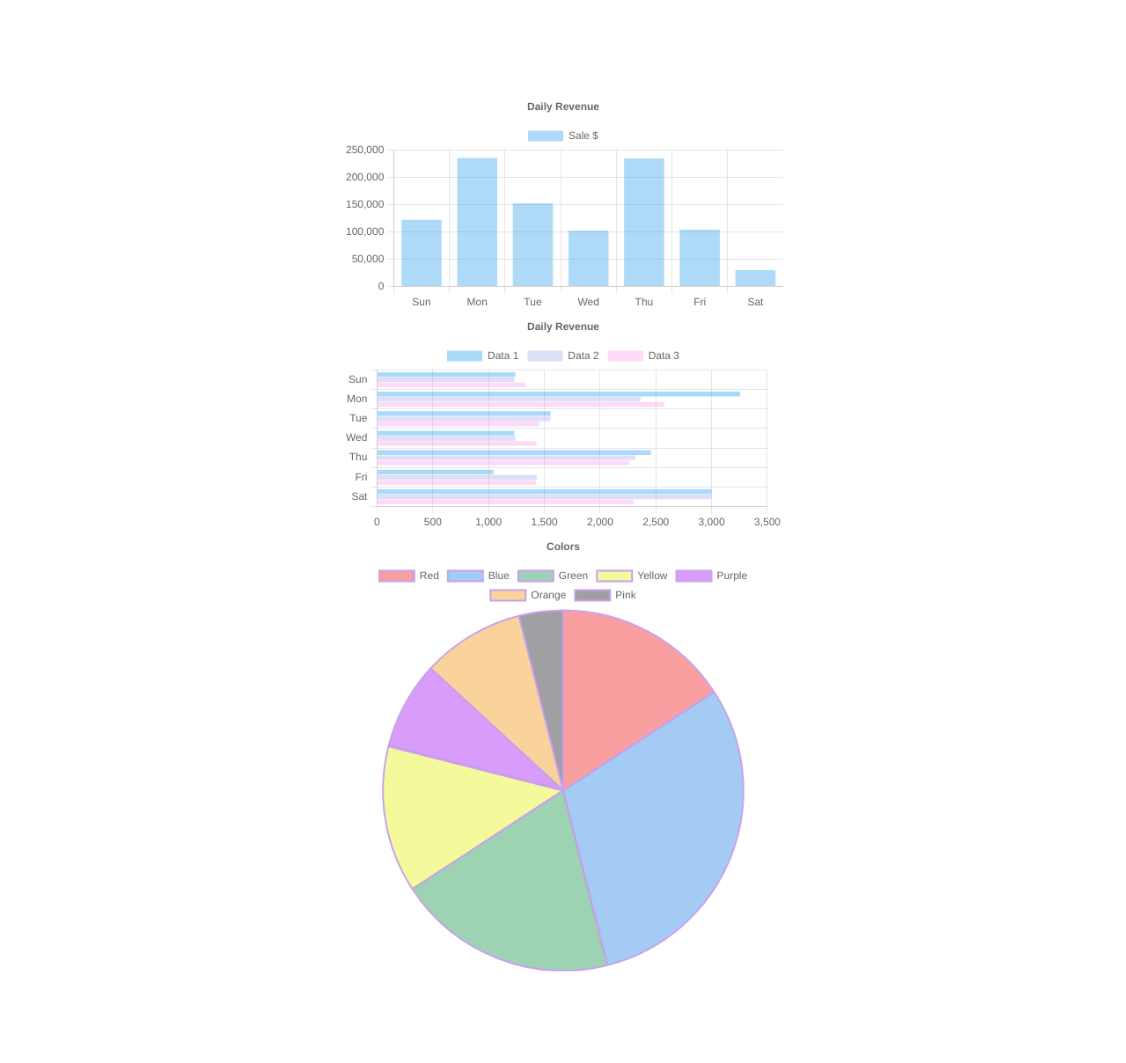
Repository: k8ANStar/exercise-5
Page: /
The author's editor kept a copy of each file at every save. The page is drawn from the files as they stood at one save, then again after the next save.
The browser window is 1280 px wide. The pictures show the whole page, at 88% of full size.
The project was rebuilt for these pictures with package versions that can differ from the ones it lists, and the page was loaded fresh each time. The framework's server and built-in components were replaced by stand-ins that run in the browser. Also part of the build but not shown: next.config.mjs.

Above is the page before, as saved 2024-04-15 10:45:42.

After the next save:
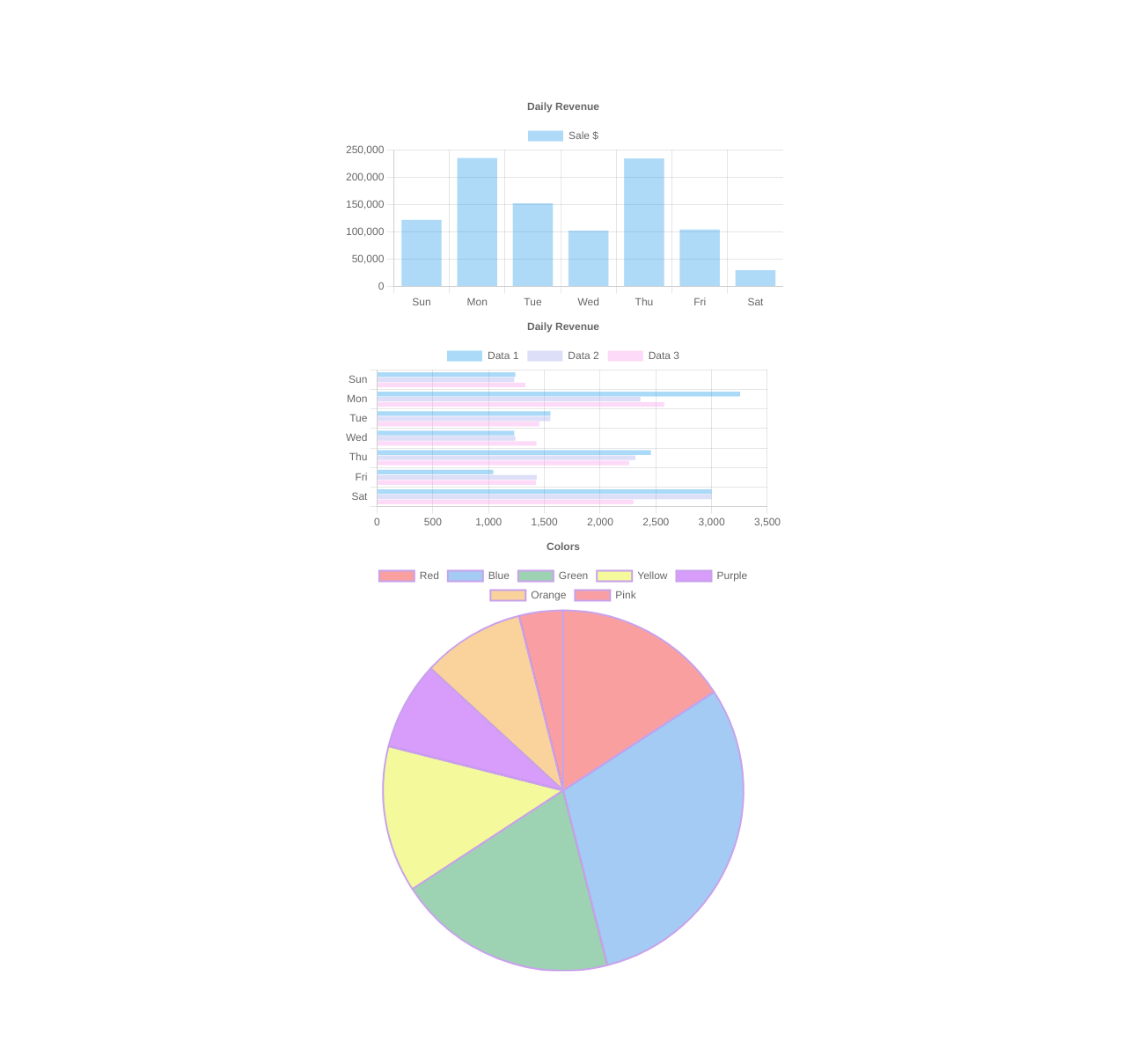
Saved 10 s later.
--- a/components/PieChart/index.js
+++ b/components/PieChart/index.js
@@ -33,7 +33,7 @@ export default function PieChart() {
 						"rgb(228, 243, 9, 0.4)",
 						"rgb(157, 9, 243, 0.4)",
 						"rgb(243, 142, 9, 0.4)",
-						"rgb(19, 16, 25, 0.4)",
+						"rgb(240, 16, 25, 0.4)",
 					],
 				},
 			],
